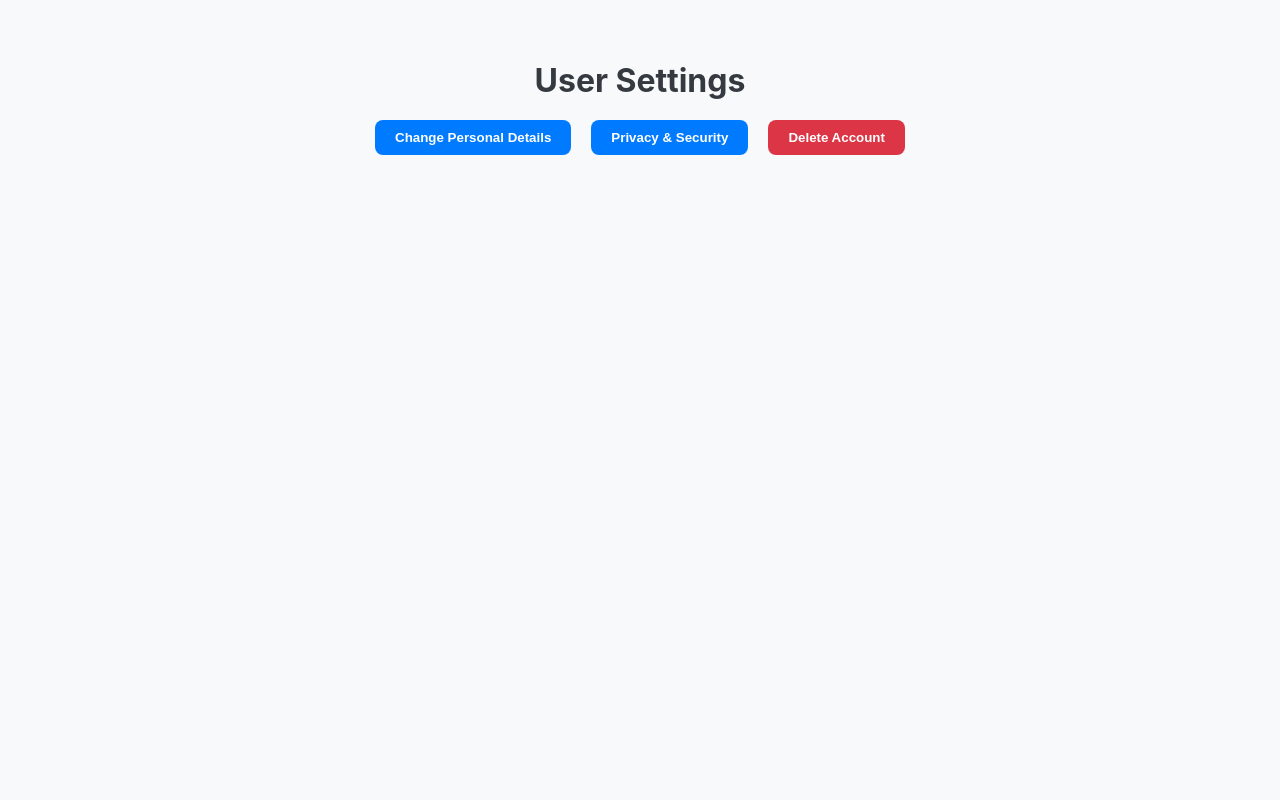
Repository: aab232/https---github.com-aab232-Deferred-Payment-Platform
Page: /settings (app in frontend/)
The author's editor kept a copy of each file at every save. The page is drawn from the files as they stood at one save, then again after the next save.
The browser window is 1280 px wide. The pictures show the whole page.
The project was rebuilt for these pictures with package versions that can differ from the ones it lists, and the page was loaded fresh each time. Also part of the build but not shown: frontend/src/components/Home.js, frontend/src/components/Register.js, frontend/src/components/Login.js, frontend/src/components/Main.js.

Above is the page before, as saved 2025-03-21 01:37:50.

### frontend/src/App.js
import React from 'react';
import { BrowserRouter as Router, Routes, Route } from 'react-router-dom';
import Home from './components/Home';
import Register from './components/Register';
import Login from './components/Login';
import Main from './components/Main';
import Settings from './components/Settings';

const App = () => {
  return (
    <Router>
      <Routes>
        <Route path="/" element={<Home />} />
        <Route path="/login" element={<Login />} />
        <Route path="/register" element={<Register />} />
        <Route path="/main" element={<Main />} />
        <Route path="/settings" element={<Settings />} />
      </Routes>
    </Router>
  );
};

export default App;

### frontend/src/components/Settings.js
import React, { useState } from 'react';
import { useNavigate } from 'react-router-dom';
import axios from 'axios';
import './Settings.css';

const Settings = () => {
  const navigate = useNavigate();

  // Active Section & Subsection Management
  const [activeSection, setActiveSection] = useState('');
  const [activeSubSection, setActiveSubSection] = useState('');

  // Form State Management
  const [formData, setFormData] = useState({
    email: '',
    phone_number: '',
    credit_score: '',
    bank_account_link: '',
    currentPassword: '',
    newPassword: '',
    confirmPassword: '',
  });

  // Handle Input Changes
  const handleChange = (e) => {
    const { name, value } = e.target;
    setFormData({ ...formData, [name]: value });
  };

  // Update Personal Details
  const updateDetails = async (field) => {
    try {
      const response = await axios.put('http://localhost:5000/update-details', {
        [field]: formData[field],
      });
      alert(response.data.message);
    } catch (error) {
      alert('Error updating ' + field);
    }
  };

  // Update Password
  const updatePassword = async () => {
    if (formData.newPassword !== formData.confirmPassword) {
      alert('New passwords do not match.');
      return;
    }
    try {
      const response = await axios.put('http://localhost:5000/update-password', {
        currentPassword: formData.currentPassword,
        newPassword: formData.newPassword,
      });
      alert(response.data.message);
    } catch (error) {
      alert('Error updating password.');
    }
  };

  // Delete Account
  const deleteAccount = async () => {
    if (window.confirm('Are you sure you want to delete your account? This action is irreversible.')) {
      try {
        await axios.delete('http://localhost:5000/delete-account');
        alert('Account deleted successfully.');
        navigate('/login');
      } catch (error) {
        alert('Error deleting account.');
      }
    }
  };

  return (
    <div className="settings-container">
      <h1>User Settings</h1>

      <div className="menu">
        <button onClick={() => setActiveSection('personalDetails')}>
          Change Personal Details
        </button>
        <button onClick={() => setActiveSection('privacySecurity')}>
          Privacy & Security
        </button>
        <button onClick={deleteAccount} className="danger">
          Delete Account
        </button>
      </div>

      {/* Change Personal Details Section */}
      {activeSection === 'personalDetails' && (
        <div className="dropdown">
          <button onClick={() => setActiveSubSection('email')}>Update Email</button>
          <button onClick={() => setActiveSubSection('phone_number')}>Update Phone Number</button>
          <button onClick={() => setActiveSubSection('credit_score')}>Update Credit Score</button>
          <button onClick={() => setActiveSubSection('bank_account_link')}>Update Bank Account Link</button>
        </div>
      )}

      {activeSection === 'privacySecurity' && (
        <div className="dropdown">
          <button onClick={() => setActiveSubSection('password')}>Change Password</button>
          <p className="info">🔒 2FA and account verification coming soon.</p>
        </div>
      )}

      {/* Input Forms (Display Based on Active Subsection) */}
      {activeSubSection && (
        <div className="section">
          {activeSubSection !== 'password' ? (
            <>
              <h2>Update {activeSubSection.replace('_', ' ')}</h2>
              <input
                type={activeSubSection === 'email' ? 'email' : 'text'}
                name={activeSubSection}
                placeholder={`Enter new ${activeSubSection.replace('_', ' ')}`}
                value={formData[activeSubSection]}
                onChange={handleChange}
              />
              <button onClick={() => updateDetails(activeSubSection)}>
                Save Changes
              </button>
            </>
          ) : (
            <>
              <h2>Change Password</h2>
              <input
                type="password"
                name="currentPassword"
                placeholder="Current Password"
                value={formData.currentPassword}
                onChange={handleChange}
              />
              <input
                type="password"
                name="newPassword"
                placeholder="New Password"
                value={formData.newPassword}
                onChange={handleChange}
              />
              <input
                type="password"
                name="confirmPassword"
                placeholder="Confirm New Password"
                value={formData.confirmPassword}
                onChange={handleChange}
              />
              <button onClick={updatePassword}>Update Password</button>
            </>
          )}
        </div>
      )}
    </div>
  );
};

export default Settings;

### frontend/src/components/Home.css
.container {
    display: flex;
    justify-content: center;
    align-items: center;
    height: 100vh; /* Full viewport height */
    background: linear-gradient(135deg, #252f3b, #252d3b); /* Elegant gradient */
  }

  .card {
    text-align: center;
    background: #fff;
    padding: 40px 60px;
    border-radius: 24px;
    box-shadow: 0 8px 32px rgba(0, 0, 0, 0.2);
    max-width: 350px;
    width: 100%;
  }

  h1 {
    margin-bottom: 16px;
    font-size: 28px;
    color: #252f3b;
  }

  p {
    margin-bottom: 32px;
    font-size: 16px;
    color: #555;
  }

  .button-group {
    display: flex;
    justify-content: space-between;
  }

  .btn {
    padding: 12px 24px;
    font-size: 16px;
    border: none;
    border-radius: 30px; /* Rounded buttons */
    cursor: pointer;
    transition: background 0.3s ease;
    color: white;
    background: #252f3b;
  }

  .btn:hover {
    background: #252f3b; /* Button hover effect */
  }

### frontend/src/components/Main.css
.main-container {
    display: flex;
    flex-direction: column;
    align-items: center;
    justify-content: center;
    height: 100vh;
    background: #f8f9fa;
  }

  .taskbar {
    position: absolute;
    top: 20px;
    right: 40px;
    display: flex;
    gap: 20px;
  }

  .tab {
    cursor: pointer;
    padding: 8px 16px;
    border-radius: 8px;
    transition: background 0.3s ease;
  }

  .tab:hover {
    background: #F7D6E0;
    color: white;
  }

  .logout {
    color: red;
  }

  h1 {
    font-size: 2rem;
    color: #343a40;
  }

  p {
    color: #6c757d;
  }

### frontend/src/components/Settings.css
.settings-container {
    display: flex;
    flex-direction: column;
    align-items: center;
    padding: 40px 20px;
    background: #f8f9fa;
    min-height: 100vh;
  }

  h1 {
    color: #343a40;
    margin-bottom: 20px;
  }

  .menu {
    display: flex;
    gap: 20px;
    margin-bottom: 40px;
  }

  .menu button {
    padding: 10px 20px;
    border: none;
    border-radius: 8px;
    cursor: pointer;
    transition: background 0.3s ease;
    font-weight: bold;
    background: #007bff;
    color: white;
  }

  .menu .danger {
    background: #dc3545;
  }

  .menu button:hover {
    opacity: 0.8;
  }

  /* Dropdown styling */
  .dropdown {
    display: flex;
    flex-direction: column;
    gap: 10px;
    margin-top: 20px;
  }

  .dropdown button {
    padding: 8px 16px;
    border: none;
    border-radius: 8px;
    background: #6c757d;
    color: white;
    cursor: pointer;
    transition: background 0.3s ease;
  }

  .dropdown button:hover {
    background: #495057;
  }

  /* Section Styling */
  .section {
    width: 100%;
    max-width: 600px;
    background: white;
    padding: 30px;
    border-radius: 16px;
    box-shadow: 0 8px 24px rgba(0, 0, 0, 0.1);
    margin-top: 20px;
  }

  h2 {
    color: #495057;
    margin-bottom: 20px;
  }

  input {
    width: 100%;
    padding: 12px;
    margin-bottom: 15px;
    border: 1px solid #ced4da;
    border-radius: 8px;
    font-size: 14px;
  }

  button {
    padding: 12px 20px;
    border: none;
    border-radius: 8px;
    cursor: pointer;
    background: #28a745;
    color: white;
    font-weight: bold;
  }

  button:hover {
    opacity: 0.9;
  }

  .info {
    margin-top: 20px;
    color: #6c757d;
  }

### frontend/src/components/Form.css
.container {
    display: flex;
    justify-content: center;
    align-items: center;
    height: 100vh;
    background: linear-gradient(200deg, #eff7f6, #F7D6E0);
  }

  .form-card {
    background: white;
    padding: 40px 60px;
    border-radius: 24px;
    box-shadow: 0 8px 32px rgba(0, 0, 0, 0.2);
    max-width: 400px;
    width: 100%;
    text-align: center;
  }

  h2 {
    color: #252f3b;
  }

  input {
    display: block;
    width: 100%;
    margin: 10px 0;
    padding: 12px;
    border: 1px solid #ddd;
    border-radius: 30px;
  }

  .btn {
    padding: 12px 24px;
    margin-top: 20px;
    border-radius: 30px;
    border: none;
    color: white;
    background: #6b212e;
    cursor: pointer;
  }

  .btn:hover {
    background: #a41b34;
  }

  .link {
    color: #6b212e;
    cursor: pointer;
  }

Loaded but not shown: frontend/public/index.html (common file); frontend/src/index.js (common file); frontend/src/index.css (common file)

After the next save:
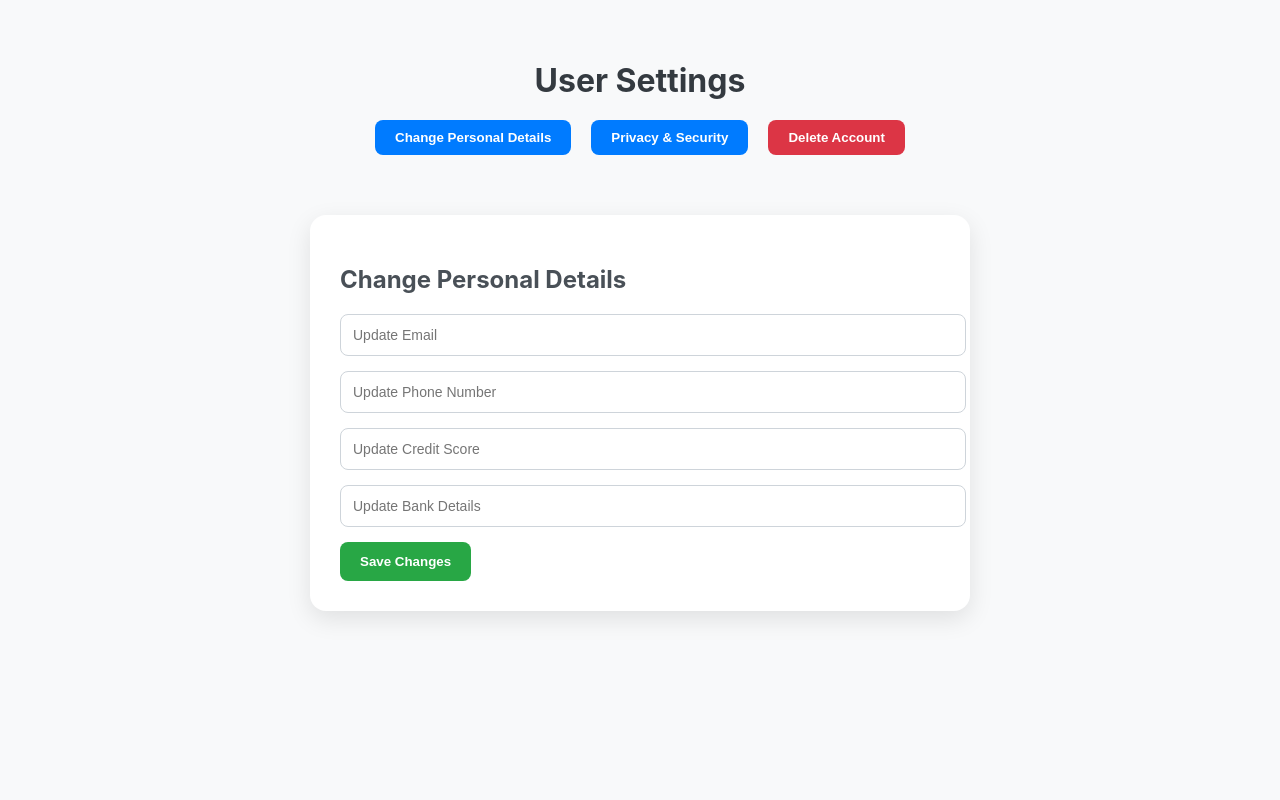
Saved 104 s later.
--- a/frontend/src/components/Settings.js
+++ b/frontend/src/components/Settings.js
@@ -5,51 +5,51 @@ import './Settings.css';
 
 const Settings = () => {
   const navigate = useNavigate();
+  const [activeSection, setActiveSection] = useState('personalDetails');
 
-  // Active Section & Subsection Management
-  const [activeSection, setActiveSection] = useState('');
-  const [activeSubSection, setActiveSubSection] = useState('');
-
-  // Form State Management
-  const [formData, setFormData] = useState({
+  // State for personal details
+  const [details, setDetails] = useState({
     email: '',
     phone_number: '',
     credit_score: '',
-    bank_account_link: '',
+    bank_account: '',
+  });
+
+  // State for password update
+  const [passwords, setPasswords] = useState({
     currentPassword: '',
     newPassword: '',
     confirmPassword: '',
   });
 
-  // Handle Input Changes
-  const handleChange = (e) => {
+  // Handle input changes
+  const handleChange = (e, section) => {
     const { name, value } = e.target;
-    setFormData({ ...formData, [name]: value });
-  };
-
-  // Update Personal Details
-  const updateDetails = async (field) => {
-    try {
-      const response = await axios.put('http://localhost:5000/update-details', {
-        [field]: formData[field],
-      });
-      alert(response.data.message);
-    } catch (error) {
-      alert('Error updating ' + field);
+    if (section === 'details') {
+      setDetails({ ...details, [name]: value });
+    } else if (section === 'passwords') {
+      setPasswords({ ...passwords, [name]: value });
     }
   };
 
-  // Update Password
+  // Submit updated personal details
+  const updatePersonalDetails = async () => {
+    try {
+      const response = await axios.put('http://localhost:5000/update-details', details);
+      alert(response.data.message);
+    } catch (error) {
+      alert('Error updating details.');
+    }
+  };
+
+  // Update password
   const updatePassword = async () => {
-    if (formData.newPassword !== formData.confirmPassword) {
+    if (passwords.newPassword !== passwords.confirmPassword) {
       alert('New passwords do not match.');
       return;
     }
     try {
-      const response = await axios.put('http://localhost:5000/update-password', {
-        currentPassword: formData.currentPassword,
-        newPassword: formData.newPassword,
-      });
+      const response = await axios.put('http://localhost:5000/update-password', passwords);
       alert(response.data.message);
     } catch (error) {
       alert('Error updating password.');
@@ -72,80 +72,31 @@ const Settings = () => {
   return (
     <div className="settings-container">
       <h1>User Settings</h1>
-
       <div className="menu">
-        <button onClick={() => setActiveSection('personalDetails')}>
-          Change Personal Details
-        </button>
-        <button onClick={() => setActiveSection('privacySecurity')}>
-          Privacy & Security
-        </button>
-        <button onClick={deleteAccount} className="danger">
-          Delete Account
-        </button>
+        <button onClick={() => setActiveSection('personalDetails')}>Change Personal Details</button>
+        <button onClick={() => setActiveSection('privacySecurity')}>Privacy & Security</button>
+        <button onClick={deleteAccount} className="danger">Delete Account</button>
       </div>
 
-      {/* Change Personal Details Section */}
       {activeSection === 'personalDetails' && (
-        <div className="dropdown">
-          <button onClick={() => setActiveSubSection('email')}>Update Email</button>
-          <button onClick={() => setActiveSubSection('phone_number')}>Update Phone Number</button>
-          <button onClick={() => setActiveSubSection('credit_score')}>Update Credit Score</button>
-          <button onClick={() => setActiveSubSection('bank_account_link')}>Update Bank Account Link</button>
+        <div className="section">
+          <h2>Change Personal Details</h2>
+          <input type="email" name="email" placeholder="Update Email" value={details.email} onChange={(e) => handleChange(e, 'details')} />
+          <input type="text" name="phone_number" placeholder="Update Phone Number" value={details.phone_number} onChange={(e) => handleChange(e, 'details')} />
+          <input type="number" name="credit_score" placeholder="Update Credit Score" value={details.credit_score} onChange={(e) => handleChange(e, 'details')} />
+          <input type="text" name="bank_account" placeholder="Update Bank Details" value={details.bank_account_link} onChange={(e) => handleChange(e, 'details')} />
+          <button onClick={updatePersonalDetails}>Save Changes</button>
         </div>
       )}
 
       {activeSection === 'privacySecurity' && (
-        <div className="dropdown">
-          <button onClick={() => setActiveSubSection('password')}>Change Password</button>
-          <p className="info">🔒 2FA and account verification coming soon.</p>
-        </div>
-      )}
-
-      {/* Input Forms (Display Based on Active Subsection) */}
-      {activeSubSection && (
         <div className="section">
-          {activeSubSection !== 'password' ? (
-            <>
-              <h2>Update {activeSubSection.replace('_', ' ')}</h2>
-              <input
-                type={activeSubSection === 'email' ? 'email' : 'text'}
-                name={activeSubSection}
-                placeholder={`Enter new ${activeSubSection.replace('_', ' ')}`}
-                value={formData[activeSubSection]}
-                onChange={handleChange}
-              />
-              <button onClick={() => updateDetails(activeSubSection)}>
-                Save Changes
-              </button>
-            </>
-          ) : (
-            <>
-              <h2>Change Password</h2>
-              <input
-                type="password"
-                name="currentPassword"
-                placeholder="Current Password"
-                value={formData.currentPassword}
-                onChange={handleChange}
-              />
-              <input
-                type="password"
-                name="newPassword"
-                placeholder="New Password"
-                value={formData.newPassword}
-                onChange={handleChange}
-              />
-              <input
-                type="password"
-                name="confirmPassword"
-                placeholder="Confirm New Password"
-                value={formData.confirmPassword}
-                onChange={handleChange}
-              />
-              <button onClick={updatePassword}>Update Password</button>
-            </>
-          )}
+          <h2>Privacy & Security</h2>
+          <input type="password" name="currentPassword" placeholder="Current Password" value={passwords.currentPassword} onChange={(e) => handleChange(e, 'passwords')} />
+          <input type="password" name="newPassword" placeholder="New Password" value={passwords.newPassword} onChange={(e) => handleChange(e, 'passwords')} />
+          <input type="password" name="confirmPassword" placeholder="Confirm New Password" value={passwords.confirmPassword} onChange={(e) => handleChange(e, 'passwords')} />
+          <button onClick={updatePassword}>Change Password</button>
+          <p className="info">🔒 2FA Setup and account verification coming soon.</p>
         </div>
       )}
     </div>
